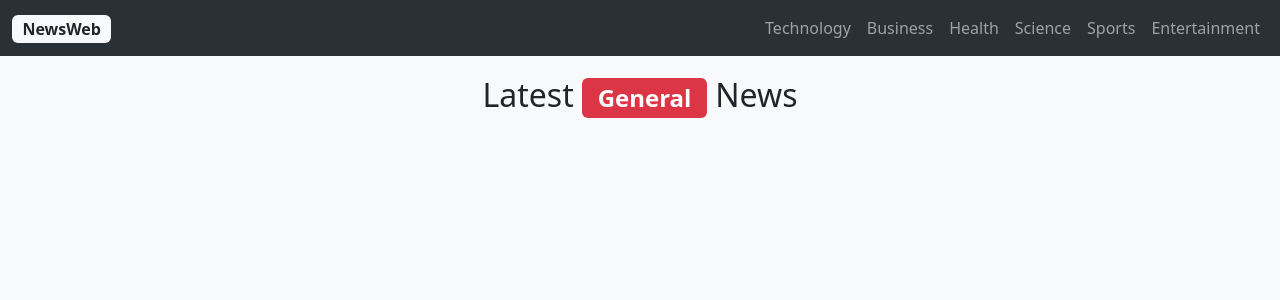
Repository: Abhilash2909/NewsWeb
Page: /
The author's editor kept a copy of each file at every save. The page is drawn from the files as they stood at one save, then again after the next save.
The browser window is 1280 px wide. The pictures show the whole page.
The page's requests for data from a server got no answer. The project was rebuilt for these pictures with package versions that can differ from the ones it lists, and the page was loaded fresh each time. No one was signed in, and anything a server would have sent is missing. Also part of the build but not shown: vite.config.js, src/Components/NewsItem.jsx, src/App.css.

Above is the page before, as saved 2024-05-22 22:56:07.

After the next save:
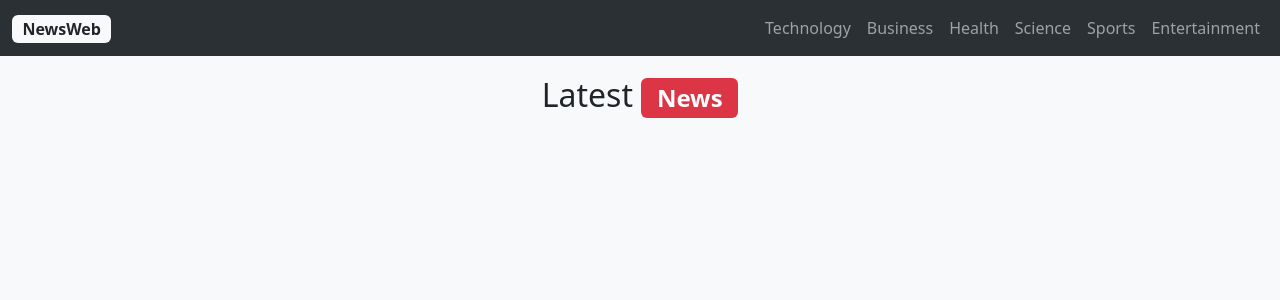
Saved 3 min 11 s later.
--- a/src/Components/NewsBoard.jsx
+++ b/src/Components/NewsBoard.jsx
@@ -1,45 +1,24 @@
 import { useEffect, useState } from "react";
 import NewsItem from "./NewsItem";
 
-const categories = ["technology", "business", "health", "science", "sports", "entertainment"];
+const NewsBoard = ({ category }) => {
+    const [articles, setArticles] = useState([]);
 
-const NewsBoard = ({ category }) => {
-  const [articles, setArticles] = useState([]);
+    useEffect(() => {
+        let url = `https://newsapi.org/v2/top-headlines?country=in&category=${category}&apiKey=${import.meta.env.VITE_API_KEY}`;
+        fetch(url).then(response => response.json()).then(data => setArticles(data.articles));
+    }, [category]);
 
-  useEffect(() => {
-    const fetchArticles = async () => {
-      let url;
-      if (category === "trending") {
-        url = `https://newsapi.org/v2/top-headlines?country=in&apiKey=${import.meta.env.VITE_API_KEY}`;
-      } else {
-        url = `https://newsapi.org/v2/top-headlines?country=in&category=${category}&apiKey=${import.meta.env.VITE_API_KEY}`;
-      }
-
-      const response = await fetch(url);
-      const data = await response.json();
-      setArticles(data.articles);
-    };
-
-    fetchArticles();
-  }, [category]);
-
-  return (
-    <div>
-      <h2 className="text-center">Latest <span className="badge bg-danger">{category === "trending" ? "Trending" : category.charAt(0).toUpperCase() + category.slice(1)}</span> News</h2>
-      <div className="news-grid">
-        {articles.map((news, index) => (
-          <NewsItem
-            key={index}
-            title={news.title}
-            description={news.description}
-            src={news.urlToImage}
-            url={news.url}
-            category={category === "trending" ? news.category : category} // Pass category to NewsItem
-          />
-        ))}
-      </div>
-    </div>
-  );
+    return (
+        <div>
+            <h2 className="text-center">Latest <span className="badge bg-danger">News</span></h2>
+            <div className="news-grid">
+                {articles.map((news, index) => {
+                    return <NewsItem key={index} title={news.title} description={news.description} src={news.urlToImage} url={news.url} />
+                })}
+            </div>
+        </div>
+    );
 }
 
 export default NewsBoard;
